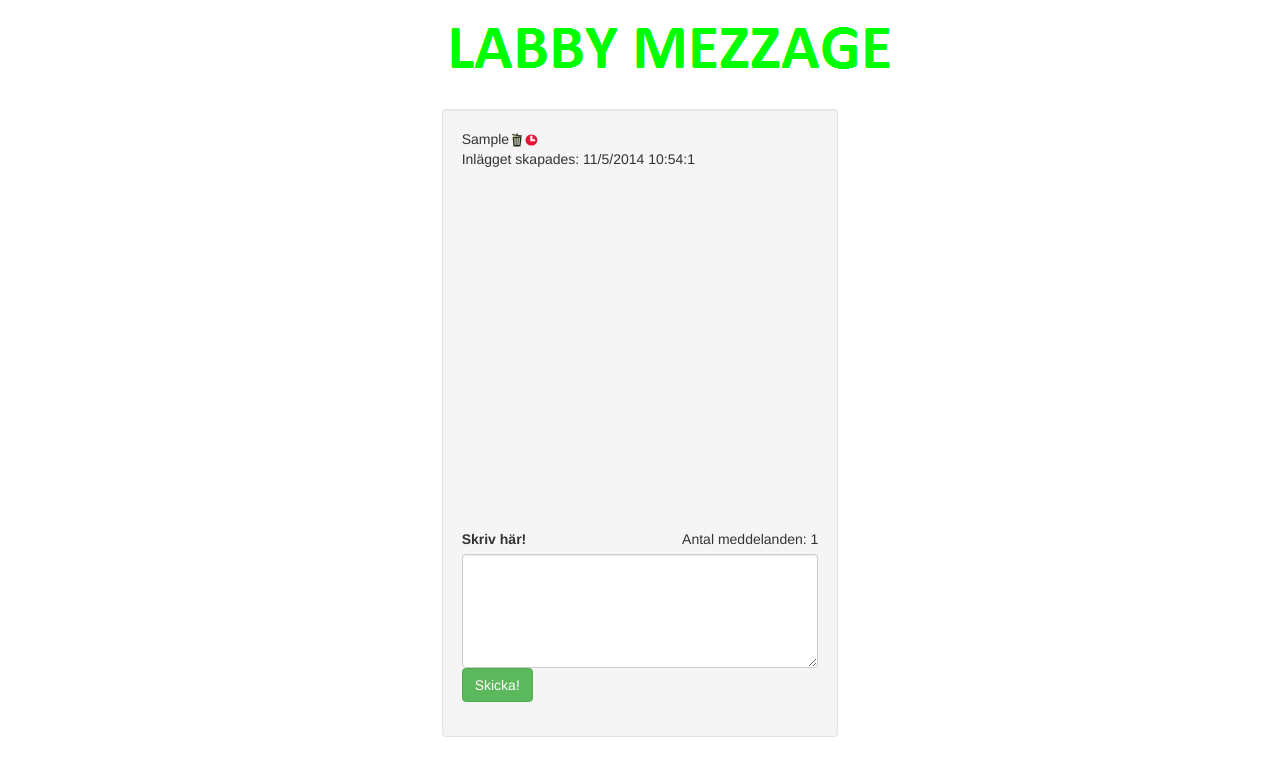
Repository: mc22dg/1dv403-laborationer
Page: 2-labbymezzage/index.html
The author's editor kept a record of every edit. The page is drawn from the files as they stood at one moment, then again after the next edit.
The browser window is 1280 px wide. The pictures show the whole page.
Empty fields were first filled with sample values (such as "Sample", 5 or name@example.com).
After loading, the first visible `#btn` was clicked once.

Above is the page before.

### 2-labbymezzage/index.html
<!DOCTYPE html>
<html lang="sv">
<head>
    <meta charset="UTF-8" />
        <title>Labby mezzage</title>
            <link rel="stylesheet" href="https://maxcdn.bootstrapcdn.com/bootstrap/3.3.1/css/bootstrap.min.css">
            <link rel="stylesheet" href="style.css"/>
</head>

<body>

    <div class="row"></div>

    <div class="col-md-offset-4 col-md-4">


    <div id="logo">
            <img src="logo.png" alt="">
    </div>

        <div class="well">
            <div id="message">

            </div>

                <div ="textruta">
                    <div id="numberOfMess">Antal Medelanden: 0</div>

                    <div class="form-group">
                    <label for="comment">Skriv här!</label>
                    <textarea class="form-control" rows="5" id="comment"></textarea>
                    <button type="button" id="btn" class="btn btn-success">Skicka!</button>
                    </div>

                </div>
        </div>



             <script src="messageBoard.js"></script>
     <script src="message.js"></script>

    </div>
    </div>
</body>

</html>

### 2-labbymezzage/style.css
#logo{

}
#numberOfMess{
float: right;
}
#message{
    overflow-y:scroll;
    height:400px;
}
#enkommentar p{
    word-break:break-all;
}

.glyphicon{
font-size: 30px;
float: right;
}

### 2-labbymezzage/messageBoard.js
"use strict";

var MessageBoard = {

    messages:[],

    init:function()
    {
        var send = document.getElementById("btn");
        send.onclick = MessageBoard.sendMessage;

        var enter = document.getElementById("comment");
        enter.onkeypress = function(e){if(e.keyCode === 13 && !e.shiftKey && document.getElementById("comment").value !== "")
        {
            e.preventDefault();
            MessageBoard.sendMessage();
        }
        }


    },

    sendMessage:function()
    {
       var text = document.getElementById("comment").value; //Lägger in värdet i comment och lägger det i variabeln text.
       var message = new Message(text, new Date()); //
       MessageBoard.messages.push(message);
       var arrayslot = MessageBoard.messages.length-1;
       console.log(arrayslot);
       document.getElementById("numberOfMess").innerHTML = "Antal meddelanden: "+MessageBoard.messages.length;
       document.getElementById("comment").value = "";
       MessageBoard.RenderMessage(arrayslot);


    },

    RenderMessages:function()
    {
        document.getElementById("message").innerHTML = "";
        for (var i = 0; i < MessageBoard.messages.length; i++) {
            MessageBoard.RenderMessage(i);
        }

    },

    RenderMessage:function(arrayslot)
    {
        console.log(MessageBoard.messages);
       var div = document.createElement("div");
       div.id = "enkommentar";
       var textfalt = document.createElement("p");
       textfalt.innerHTML = MessageBoard.messages[arrayslot].getHTMLText();


       var messagesList = document.getElementById("message");

       var imgClock = document.createElement("img")
       var imgDelete = document.createElement("img")
       imgClock.src = "clock.png";
       imgDelete.src = "trash.png";
       var timestamp = document.createElement("div");
       timestamp.innerHTML = MessageBoard.messages[arrayslot].getDateText();
        imgDelete.onclick = function(){
           if(confirm("Är du säker på att du vill radera meddelandet"))
           {

                       MessageBoard.messages.splice(arrayslot, 1)
                        document.getElementById("numberOfMess").innerHTML = "Antal meddelanden: "+MessageBoard.messages.length;
                         MessageBoard.RenderMessages();
           }
       }

       textfalt.appendChild(imgDelete);
       div.appendChild(textfalt);
       messagesList.appendChild(div);

       textfalt.appendChild(imgClock);
       textfalt.appendChild(timestamp);
       div.appendChild(textfalt);
       messagesList.appendChild(div);
       var element = document.getElementById("message");
       element.scrollTop = element.scrollHeight;


       imgClock.onclick = function()
       {
           alert( MessageBoard.messages[arrayslot].getFormatedDateText() );
       }

    }


};


  // <div class="glyphicon glyphicon-time"></div>
            //    <div class="glyphicon glyphicon-remove-circle"></div>

window.onload = MessageBoard.init;

### 2-labbymezzage/message.js
function Message(message, date) {

        this.getText = function() {
        return message;
        };

        this.setText = function(_text) {
        message = _text;
        };

        this.getDate = function() {
        return date;
        };

        this.setDate = function(_date) {
        date = _date;
        };

        Message.prototype.toString = function() {
        return this.getText() + " ("+this.getDate()+")";
        };

        Message.prototype.getHTMLText = function() {
        return this.getText().replace(/[\n\r]/g, "<br/>");
        };

        Message.prototype.getFormatedDateText = function(alertDate) {
        var date = this.getDate().toLocaleDateString();
        var hour = this.getDate().getHours();
        var minutes = this.getDate().getMinutes();
        var seconds = this.getDate().getSeconds();

        return  "Inlägget skapades: " +date+" "+hour+":"+minutes+":"+seconds;
        };

        Message.prototype.getDateText = function(alertDate) {
        var date = this.getDate().toLocaleDateString();
        var hour = this.getDate().getHours();
        var minutes = this.getDate().getMinutes();
        var seconds = this.getDate().getSeconds();

        return  "Inlägget skapades: " +date+" "+hour+":"+minutes+":"+seconds;
        };


}

After the next edit:
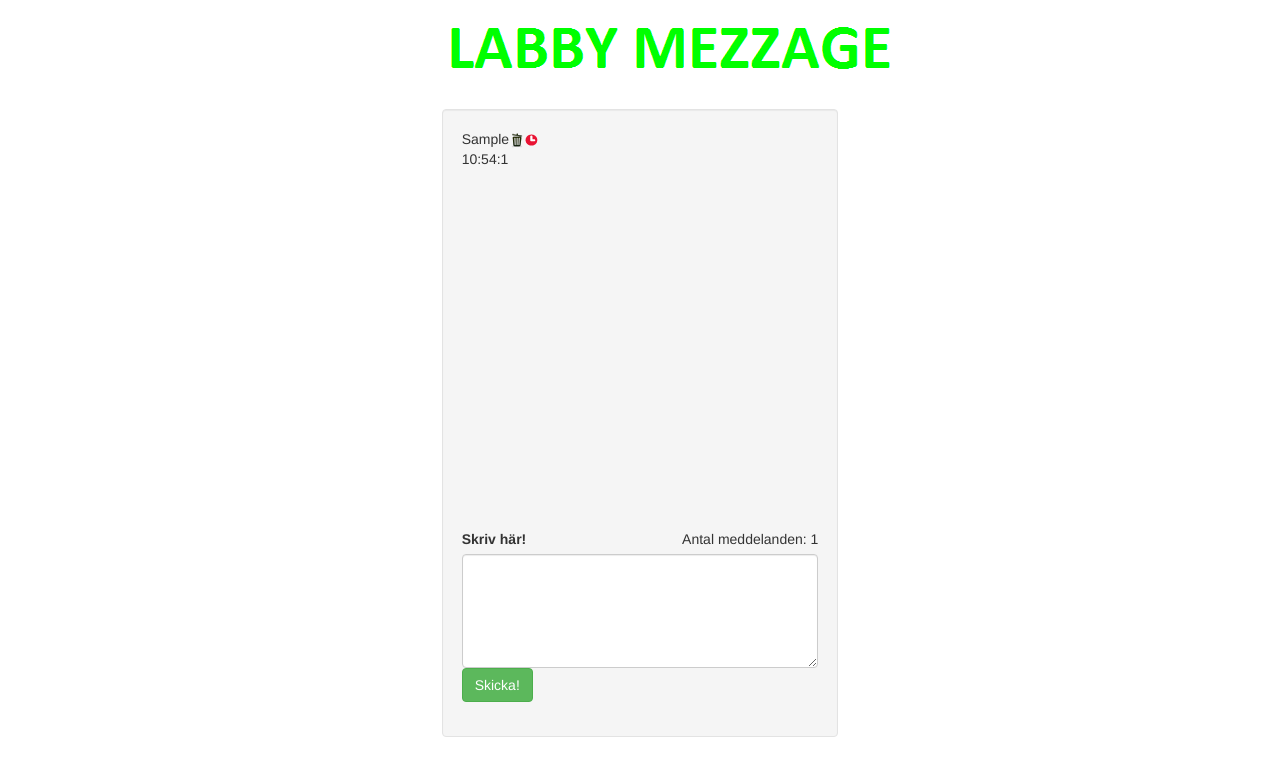
The edit:
--- a/2-labbymezzage/message.js
+++ b/2-labbymezzage/message.js
@@ -39,7 +39,7 @@
         var minutes = this.getDate().getMinutes();
         var seconds = this.getDate().getSeconds();
 
-        return  "Inlägget skapades: " +date+" "+hour+":"+minutes+":"+seconds;
+        return  hour+":"+minutes+":"+seconds;
         };
 
 
